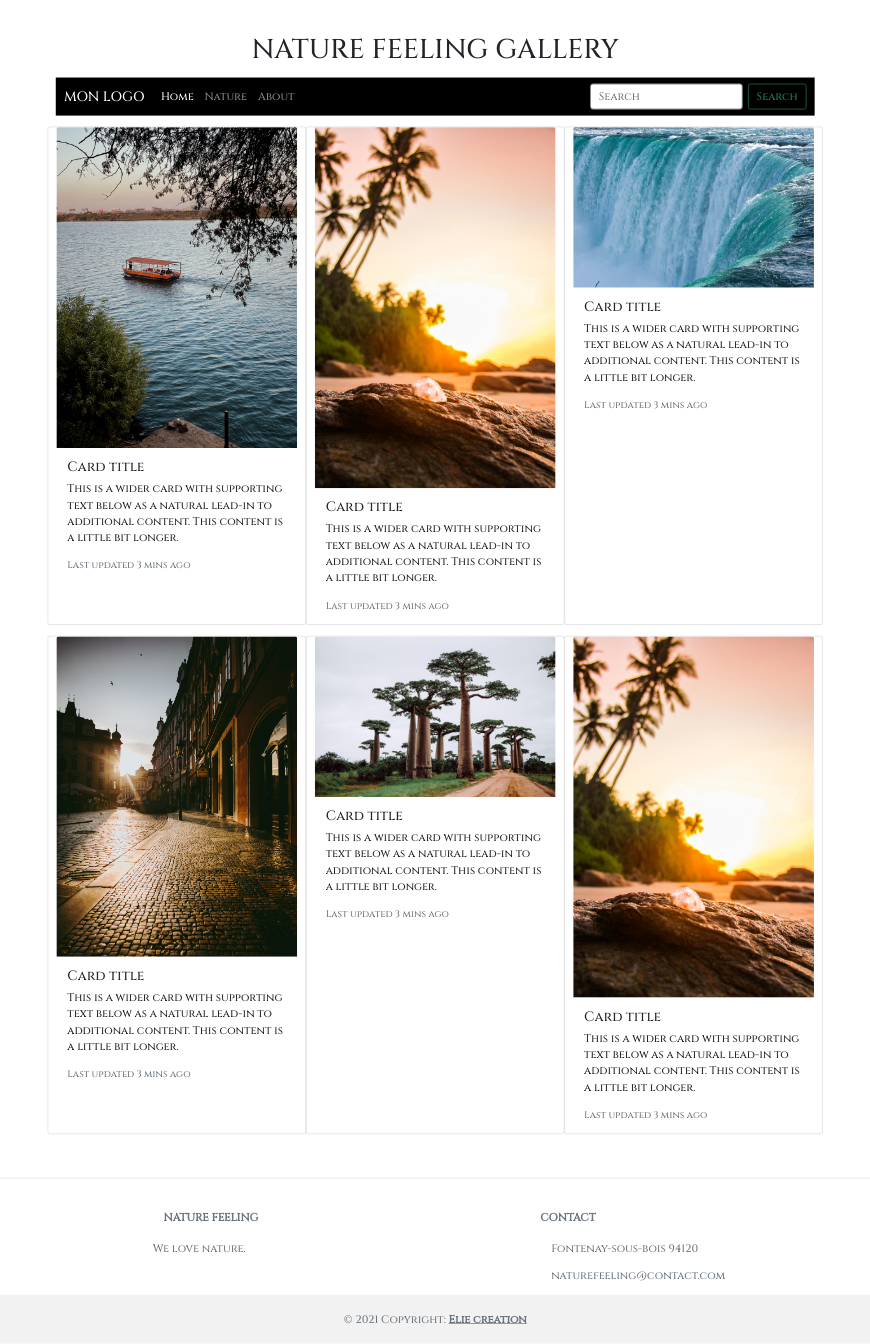
Repository: Elie-Dey/boot-start
Page: gallery.html
The author's editor kept a copy of each file at every save. The page is drawn from the files as they stood at one save, then again after the next save.
The browser window is 1280 px wide. The pictures show the whole page, at 68% of full size.
Some web fonts or font styles are not loaded; a fallback is used.

Above is the page before, as saved 2021-08-19 19:03:02.

### gallery.html
<!DOCTYPE html>
<html lang="en">
  <head>
    <meta charset="UTF-8" />
    <meta http-equiv="X-UA-Compatible" content="IE=edge" />
    <meta name="viewport" content="width=device-width, initial-scale=1.0" />
    <link rel="stylesheet" href="style.css" />
    <link rel="preconnect" href="https://fonts.googleapis.com" />
    <link rel="preconnect" href="https://fonts.gstatic.com" crossorigin />
    <link
      href="https://fonts.googleapis.com/css2?family=Cinzel:wght@500&family=Style+Script&display=swap"
      rel="stylesheet"
    />
    <link
      href="https://cdn.jsdelivr.net/npm/bootstrap@5.1.0/dist/css/bootstrap.min.css"
      rel="stylesheet"
      integrity="sha384-KyZXEAg3QhqLMpG8r+8fhAXLRk2vvoC2f3B09zVXn8CA5QIVfZOJ3BCsw2P0p/We"
      crossorigin="anonymous"
    />
    <title>Nature gallery</title>
  </head>
  <body>
    <div class="container">
      <h1 class="titre text-center pb-2 text-uppercase">
        Nature Feeling Gallery
      </h1>
      <!--bar de navigation -->
      <nav class="navbar navbar-expand-lg navbar-dark bg-black mb-3">
        <div class="container-fluid">
          <a class="navbar-brand" href="index.html">MON LOGO</a>
          <button
            class="navbar-toggler"
            type="button"
            data-bs-toggle="collapse"
            data-bs-target="#navbarSupportedContent"
            aria-controls="navbarSupportedContent"
            aria-expanded="false"
            aria-label="Toggle navigation"
          >
            <span class="navbar-toggler-icon"></span>
          </button>
          <div class="collapse navbar-collapse" id="navbarSupportedContent">
            <ul class="navbar-nav me-auto mb-2 mb-lg-0">
              <li class="nav-item">
                <a class="nav-link active" aria-current="page" href="#">Home</a>
              </li>
              <li class="nav-item">
                <a class="nav-link" href="#">Nature</a>
              </li>

              <li class="nav-item">
                <a class="nav-link" href="#" tabindex="-1" aria-disabled="true"
                  >About</a
                >
              </li>
            </ul>
            <form class="d-flex">
              <input
                class="form-control me-2"
                type="search"
                placeholder="Search"
                aria-label="Search"
              />
              <button class="btn btn-outline-success" type="submit">
                Search
              </button>
            </form>
          </div>
        </div>
      </nav>
      <!--bar de navigation -->

      <div class="row">
        <!--Images cards-->
        <div class="card mb-3 col-md-6 col-xl-4">
          <img
            src="images/ahmed-babiker-X8U9Hzxy7cE-unsplash.jpg"
            class="card-img-top"
            alt="..."
          />
          <div class="card-body">
            <h5 class="card-title">Card title</h5>
            <p class="card-text">
              This is a wider card with supporting text below as a natural
              lead-in to additional content. This content is a little bit
              longer.
            </p>
            <p class="card-text">
              <small class="text-muted">Last updated 3 mins ago</small>
            </p>
          </div>
        </div>
        <div class="card mb-3 col-md-6 col-xl-4">
          <img
            src="images/florian-wehde-_2ECGFr12LM-unsplash.jpg"
            class="card-img-top"
            alt="..."
          />
          <div class="card-body">
            <h5 class="card-title">Card title</h5>
            <p class="card-text">
              This is a wider card with supporting text below as a natural
              lead-in to additional content. This content is a little bit
              longer.
            </p>
            <p class="card-text">
              <small class="text-muted">Last updated 3 mins ago</small>
            </p>
          </div>
        </div>
        <div class="card mb-3 col-md-6 col-xl-4">
          <img
            src="images/vince-veras-4xzIo1d5esI-unsplash.jpg"
            class="card-img-top"
            alt="..."
          />
          <div class="card-body">
            <h5 class="card-title">Card title</h5>
            <p class="card-text">
              This is a wider card with supporting text below as a natural
              lead-in to additional content. This content is a little bit
              longer.
            </p>
            <p class="card-text">
              <small class="text-muted">Last updated 3 mins ago</small>
            </p>
          </div>
        </div>
        <div class="card mb-3 col-md-6 col-xl-4">
          <img
            src="images/kevin-andre-9Q1t_docbak-unsplash.jpg"
            class="card-img-top"
            alt="..."
          />
          <div class="card-body">
            <h5 class="card-title">Card title</h5>
            <p class="card-text">
              This is a wider card with supporting text below as a natural
              lead-in to additional content. This content is a little bit
              longer.
            </p>
            <p class="card-text">
              <small class="text-muted">Last updated 3 mins ago</small>
            </p>
          </div>
        </div>
        <div class="card mb-3 col-md-6 col-xl-4">
          <img
            src="images/graphic-node-yPSbirjJWzs-unsplash.jpg"
            class="card-img-top"
            alt="..."
          />
          <div class="card-body">
            <h5 class="card-title">Card title</h5>
            <p class="card-text">
              This is a wider card with supporting text below as a natural
              lead-in to additional content. This content is a little bit
              longer.
            </p>
            <p class="card-text">
              <small class="text-muted">Last updated 3 mins ago</small>
            </p>
          </div>
        </div>

        <div class="card mb-3 col-md-6 col-xl-4">
          <img
            src="images/florian-wehde-_2ECGFr12LM-unsplash.jpg"
            class="card-img-top"
            alt="..."
          />
          <div class="card-body">
            <h5 class="card-title">Card title</h5>
            <p class="card-text">
              This is a wider card with supporting text below as a natural
              lead-in to additional content. This content is a little bit
              longer.
            </p>
            <p class="card-text">
              <small class="text-muted">Last updated 3 mins ago</small>
            </p>
          </div>
        </div>
        <!--Images cards-->
      </div>
    </div>

    <!-- Footer -->
    <footer class="text-center text-lg-start bg-white text-muted">
      <!-- Section: Social media -->
      <section
        class="
          d-flex
          justify-content-center justify-content-lg-between
          p-4
          border-bottom
        "
      ></section>
      <!-- Section: Social media -->

      <!-- Section: Links  -->
      <section class="">
        <div class="container text-center text-md-start mt-5">
          <!-- Grid row -->
          <div class="row mt-3">
            <!-- Grid column -->
            <div class="col-md-3 col-lg-4 col-xl-3 mx-auto mb-4">
              <!-- Content -->
              <h6 class="text-uppercase fw-bold mb-4">
                <i class="fas fa-gem me-3"></i>Nature Feeling
              </h6>
              <p>We love nature.</p>
            </div>

            <!-- Grid column -->
            <div class="col-md-4 col-lg-3 col-xl-3 mx-auto mb-md-0 mb-4">
              <!-- Links -->
              <h6 class="text-uppercase fw-bold mb-4">Contact</h6>
              <p><i class="fas fa-home me-3"></i> Fontenay-sous-bois 94120</p>
              <p>
                <i class="fas fa-envelope me-3"></i>
                naturefeeling@contact.com
              </p>
            </div>
            <!-- Grid column -->
          </div>
          <!-- Grid row -->
        </div>
      </section>
      <!-- Section: Links  -->

      <!-- Copyright -->
      <div
        class="text-center p-4"
        style="background-color: rgba(0, 0, 0, 0.05)"
      >
        © 2021 Copyright:
        <a class="text-reset fw-bold" href="">Elie creation</a>
      </div>
      <!-- Copyright -->
    </footer>
    <!-- Footer -->

    <script
      src="https://cdn.jsdelivr.net/npm/bootstrap@5.1.0/dist/js/bootstrap.bundle.min.js"
      integrity="sha384-U1DAWAznBHeqEIlVSCgzq+c9gqGAJn5c/t99JyeKa9xxaYpSvHU5awsuZVVFIhvj"
      crossorigin="anonymous"
    ></script>
  </body>
</html>

### style.css
.titre {
  font-family: "Cinzel", serif;
  margin-top: 50px;
}

* {
  font-family: "Cinzel", serif;
}

After the next save:
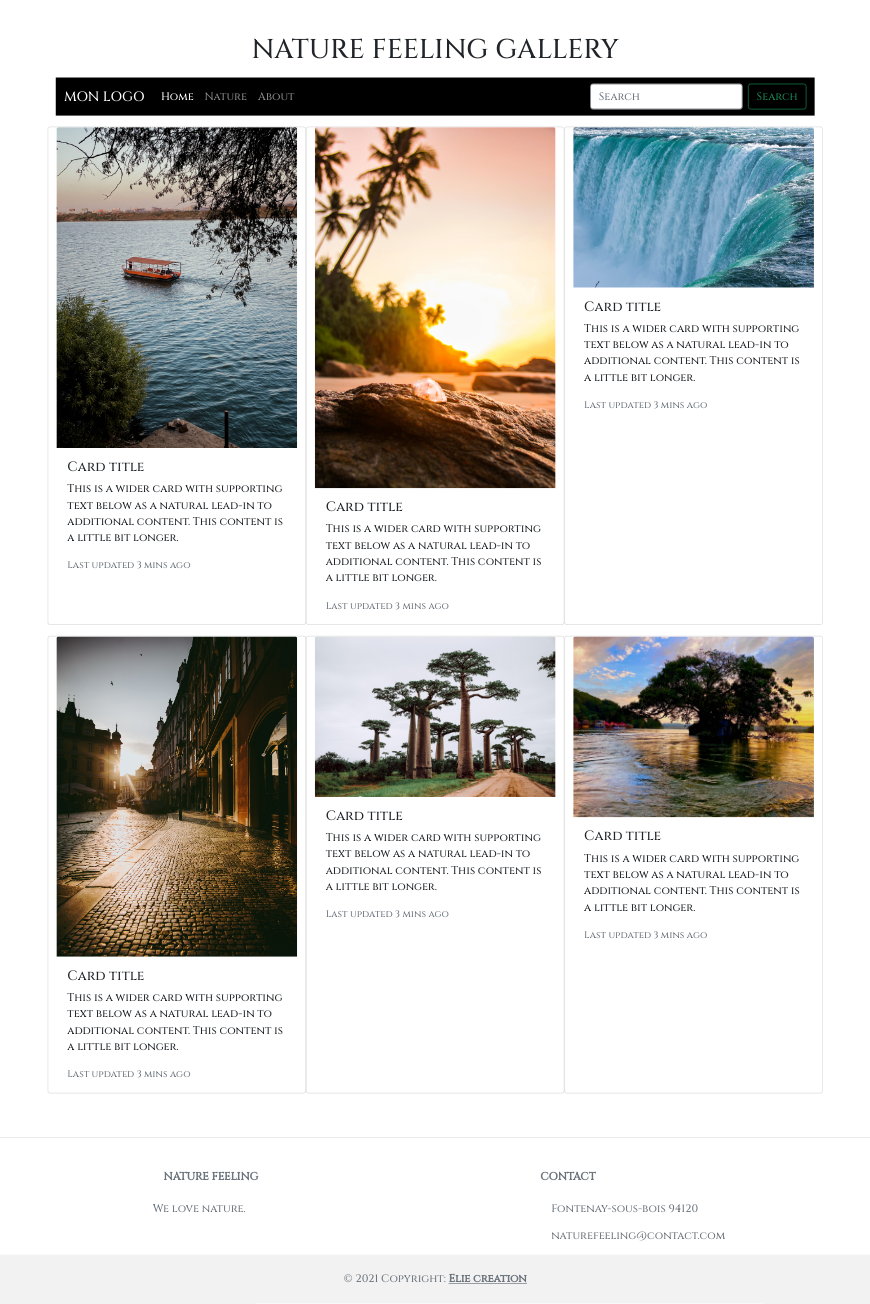
Saved 17 s later.
--- a/gallery.html
+++ b/gallery.html
@@ -165,7 +165,7 @@
 
         <div class="card mb-3 col-md-6 col-xl-4">
           <img
-            src="images/florian-wehde-_2ECGFr12LM-unsplash.jpg"
+            src="images/melissa-askew-cs8Xa4t1hvc-unsplash.jpg"
             class="card-img-top"
             alt="..."
           />
